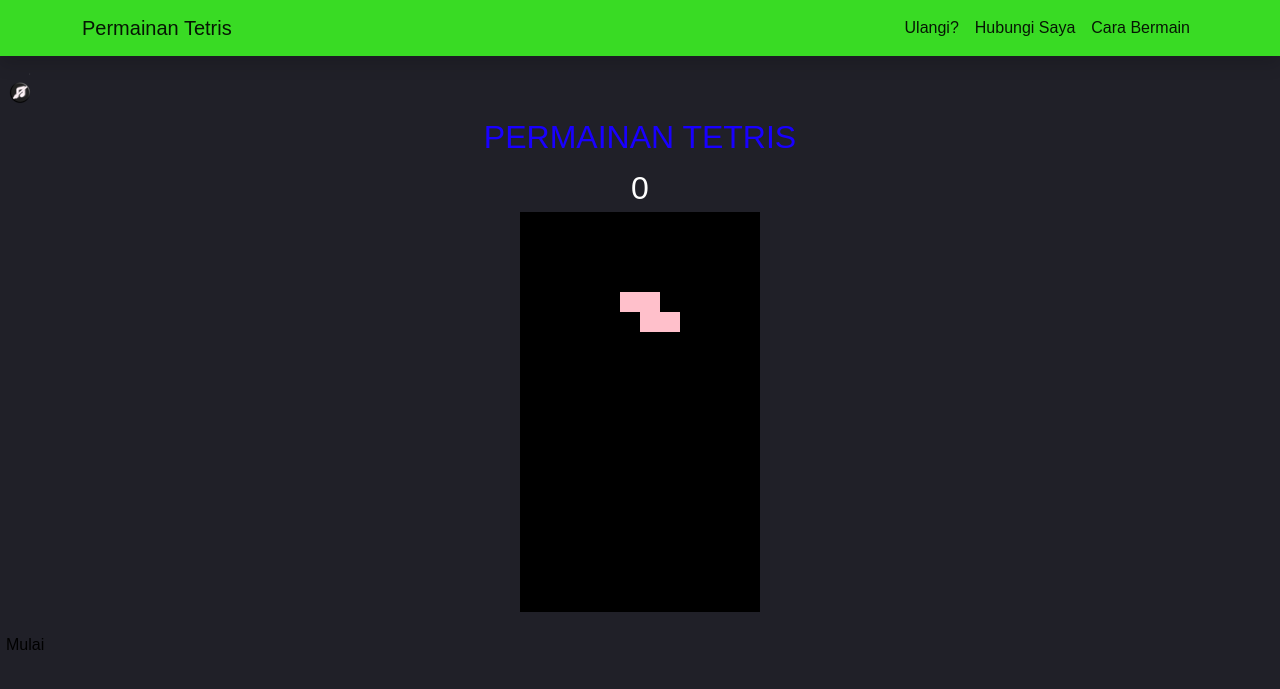
Repository: GwendiWisnuAnggoro/GwendiWisnuAnggoro.github.io
Page: Bahasa Indonesia/game/Tetris/tetris.html
The author's editor kept a copy of each file at every save. The page is drawn from the files as they stood at one save, then again after the next save.
The browser window is 1280 px wide. The pictures show the whole page.

Above is the page before, as saved 2023-02-07 17:38:06.

### Bahasa Indonesia/game/Tetris/tetris.html
<!DOCTYPE html>
<html lang="en">
<head>
    <meta charset="UTF-8">
    <link href="https://cdn.jsdelivr.net/npm/bootstrap@5.1.3/dist/css/bootstrap.min.css" rel="stylesheet" integrity="sha384-1BmE4kWBq78iYhFldvKuhfTAU6auU8tT94WrHftjDbrCEXSU1oBoqyl2QvZ6jIW3" crossorigin="anonymous">
    <meta http-equiv="X-UA-Compatible" content="IE=edge">
    <meta name="viewport" content="width=device-width, initial-scale=1.0">
    <title>Permainan Tetris</title>
</head>
<body>
    <!-- akhir navbar -->
  <nav class="navbar navbar-expand-lg navbar-light shadow fixed-top" style="background-color: rgb(57, 219, 36);">
    <div class="container-sm">
      <span class="navbar-brand" href="#">Permainan Tetris</span>
      <button class="navbar-toggler" type="button" data-bs-toggle="collapse" data-bs-target="#navbarNav" aria-controls="navbarNav" aria-expanded="false" aria-label="Toggle navigation">
        <span class="navbar-toggler-icon"></span>
      </button>
      <div class="collapse navbar-collapse" id="navbarNav">
        <ul class="navbar-nav ms-auto">
          <li class="nav-item">
            <a class="nav-link active" aria-current="page" href="../Tetris/tetris.html">Ulangi?</a>
          </li>
          <li class="nav-item">
            <a class="nav-link active" href="../../../contact me/ContactMe.html">Hubungi Saya</a>
          </li>
          <li class="nav-item">
            <a class="nav-link active" href="../Tutorials/Tetris/TutorTetris.html">Cara Bermain</a>
            </li>
        </ul>
      </div>
    </div>
  </nav>
<!-- akhir navbar -->
<br>
<br>
<br>
     <!-- awal toogle music -->
     <button id="play"></button>
     <!-- akhir toogle music -->


    <center>
    <link rel="stylesheet" type="text/css" href="tetris.css">
    <div class="pembungkus">
    <h2>PERMAINAN TETRIS</h2>
    <div id="score"></div>
    <canvas id="tetris" width="240" height="400"></canvas>
</div>
</center>

<div class="bungkus">
  <button type="button" onclick="" class="btn btn12" id="tmblAtas" >
  <img class="simbol" src="Munggah.png" />
  </button>
  <button type="button" onclick="" class="btn btn13" id="tmblBawah">
  <img class="simbol" src="Midun.png"/>
  </button>
  <button type="button" onclick="" class="btn2 btn14" id="tmblKiri">
  <img class="simbol" src="Ngiwa.png"/>
  </button>
  <button type="button" onclick="" class="btn4 btn15" id="tmblKanan">
  <img class="simbol" src="Nengen.png"/>
  </button>
</div>
 <button type="button" id="Mulai">Mulai</button>
    <script src="tetris.js"></script>
    <script src="https://cdn.jsdelivr.net/npm/bootstrap@5.1.3/dist/js/bootstrap.bundle.min.js" integrity="sha384-ka7Sk0Gln4gmtz2MlQnikT1wXgYsOg+OMhuP+IlRH9sENBO0LRn5q+8nbTov4+1p" crossorigin="anonymous"></script>
</body>
</html>

### Bahasa Indonesia/game/Tetris/tetris.css
h2 {
    font-family: arial;
    text-align: center;
    color: rgb(25, 0, 255);
}
.simbol{
	width: 100%;
	height: 100%;
}
.btn12{
	margin-top: -100px;
	margin-left: 250px;
}
.btn13{
	margin-top: 110px;
	margin-left: 50px;
}
.btn14{
	margin-left: -150px;

}

.btn{

	width: 85px;
	height: 85px;

}
.bungkus{
	position: fixed;
	margin-top: -250px;
	margin-left: 10%;
	opacity: 0.5;
}

.btn2,.btn4{
	background: rgba(0, 0, 0, 0);
	width: 85px;
	height: 85px;



}
body {
    background: #202028;
    color: white;
    font-family: sans-serif;
}


button {
	border: none;
	width: 40px;
	height: 40px;
	cursor: pointer;
	background-color: #202028;
	outline: none;
}




#play{
	background-image: url("../../img/StopSong.png");
}


.pembungkus{
    font-size: 2em;
    align-items: center;
}

/* tablet */
@media screen and (min-width: 768px){


}

/* destop */
@media screen and (min-width: 800px){
	.bungkus{
		display: none;
	}
}

### Bahasa Indonesia/game/Tetris/tetris.js
const canvas = document.getElementById('tetris');
const context = canvas.getContext('2d');
var tombolAtas = document.getElementById("tmblAtas");
var tombolBawah = document.getElementById("tmblBawah");
var tombolKiri = document.getElementById("tmblKiri");
var tombolKanan = document.getElementById("tmblKanan");

let Muter = new Audio();
Muter.src="Backsound Muter.mp3";

let KiriKananBawah = new Audio();
KiriKananBawah.src="Kiri Kanan Backsound.mp3"

let LarikHilang = new Audio();
LarikHilang.src="1 Larik Hilang.mp3"

context.scale(20, 20);

function arenaSweep() {
    let rowCount = 1;
    outer: for (let y = arena.length - 1; y > 0; -- y) {
        for (let x = 0; x < arena[y].length; ++x) {
            if (arena [y][x] === 0) {
                continue outer;
            }
        }

        const row = arena.splice(y, 1)[0].fill(0);
        arena.unshift(row);
        ++y;

        player.score += rowCount * 10;
        rowCount *= 2;
        LarikHilang.play();
    }
}


function collide(arena, player) {
    const [m, o] = [player.matrix, player.pos];
    for (let y = 0; y < m.length; ++y) {
        for (let x = 0; x < m[y].length; ++x) {
            if (m[y][x] !== 0 &&
                (arena[y + o.y] &&
                arena[y + o.y][x + o.x]) !== 0) {
                return true;
            }
        }
    }
    return false;
}

function creatMatrix(w, h) {
    const matrix = [];
    while (h--) {
        matrix.push(new Array(w).fill(0));
    }
    return matrix;
}

function createPiece(type) {
    if (type === 'T') {
        return [
            [0, 0, 0],
            [1, 1, 1],
            [0, 1, 0],
        ];
    } else if (type === 'O') {
        return [
            [2, 2],
            [2, 2],
        ];
    } else if (type === 'L') {
        return [
            [0, 3, 0],
            [0, 3, 0],
            [0, 3, 3],
        ];
    } else if (type === 'J') {
        return [
            [0, 4, 0],
            [0, 4, 0],
            [4, 4, 0],
        ];
    } else if (type === 'I') {
        return [
            [0, 5, 0, 0],
            [0, 5, 0, 0],
            [0, 5, 0, 0],
            [0, 5, 0, 0],
        ];
    } else if (type === 'S') {
        return [
            [0, 6, 6],
            [6, 6, 0],
            [0, 0, 0],
        ];
    } else if (type === 'Z') {
        return [
            [7, 7, 0],
            [0, 7, 7],
            [0, 0, 0],
        ];

    }

}

function draw() {
    context.fillStyle = '#000';
    context.fillRect(0, 0, canvas.width, canvas.height);

    drawMatrix(arena, {x: 0,y: 0});
    drawMatrix(player.matrix, player.pos);
}

function drawMatrix(matrix, offset) {
    matrix.forEach((row, y) => {
        row.forEach((value, x) => {
            if (value !== 0) {
                context.fillStyle = colors[value];
                context.fillRect(x + offset.x,
                                 y + offset.y,
                                 1, 1);
            }
        });
    });
}

function merge(arena, player) {
    player.matrix.forEach((row, y) => {
        row.forEach((value, x) => {
            if(value !== 0) {
                arena[y + player.pos.y][x + player.pos.x] = value;
            }
        });
    });
}

function playerDrop() {
    player.pos.y++;
    if (collide(arena, player)) {
        player.pos.y--;
        merge(arena, player);
        playerReset();
        arenaSweep();
        updateScore();

    }
    dropCounter = 0;
}

function GameOver(){
    console.log("Kalah")
    return playerDrop = function(){}

}

function playerMove(dir) {
    player.pos.x += dir;
    if (collide(arena, player)) {
        player.pos.x -= dir;
    }
}

function playerReset() {

    const pieces = 'TOLJISZ';
    player.matrix = createPiece(pieces[pieces.length * Math.random() | 0]);
    player.pos.y = 0;
    player.pos.x = (arena[0].length / 2 | 0) -
                   (player.matrix[0].length / 2 | 0);
    if (collide(arena, player)) {
        // arena.forEach(row => row.fill(0));
        player.score = 0;
        // updateScore();
        GameOver();

    }
}

function playerRotate(dir) {
    const pos = player.pos.x;
    let offset = 1;
    rotate(player.matrix, dir);
    while (collide(arena, player)) {
        player.pos.x += offset;
        offset =- (offset + (offset > 0 ? 1 : -1));
        if (offset > player.matrix[0].length) {
            rotate(player.matrix, dir);
            player.pos.x = pos;
            return;
        }
    }
}

function rotate(matrix, dir) {
    for (let y = 0; y < matrix.length; ++y) {
        for (let x = 0; x < y; ++x) {
            [
                matrix[x][y],
                matrix[y][x],
            ] = [
                matrix[y][x],
                matrix[x][y],
            ];
        }
    }

    if (dir > 0) {
        matrix.forEach(row => row.reverse());
    } else {
        matrix.reverse();
    }
}

let dropCounter = 0;
let dropInterval = 1000;

let lastTime = 0;
function update(time = 0) {
    const deltaTime = time - lastTime;
    lastTime = time;

    dropCounter += deltaTime;
    if (dropCounter > dropInterval) {
        playerDrop();
    }

    draw();
    requestAnimationFrame(update);
}

function updateScore() {
    document.getElementById('score').innerText = player.score;
}

const colors = [
    null,
    'red',
    'blue',
    'violet',
    'lime',
    '#ffff00',
    'orange',
    'pink',
];

const arena = creatMatrix(12, 20);

const player = {
    pos: {x: 0, y: 0},
    matrix: null,
    score: 0,
}
tombolKanan.addEventListener("click", fKanan);
tombolKiri.addEventListener("click", fKiri);
tombolAtas.addEventListener("click", fAtas);
tombolBawah.addEventListener("click", fBawah);

function fKanan(){
    if(event) {
        playerMove(1);
        KiriKananBawah.play();


    }
}
function fKiri(){
    if(event) {
        playerMove(-1);
        KiriKananBawah.play();
    }
}
function fAtas(){

    if(event) {
        playerRotate(-1);
        Muter.play();
    }

}
function fBawah(){
    if(event) {
        playerDrop(); KiriKananBawah.play();


    }
}
document.addEventListener('keydown', event => {
    if (event.keyCode === 37 || event.keyCode === 65) {
        playerMove(-1); KiriKananBawah.play();
    } else if (event.keyCode === 39 || event.keyCode == 68) {
        playerMove(1); KiriKananBawah.play();
    } else if (event.keyCode === 40 || event.keyCode == 83) {
        playerDrop(); KiriKananBawah.play();
    } else if (event.keyCode === 81) {
        playerRotate(-1); Muter.play();
    } else if (event.keyCode === 32) {
        playerRotate(1); Muter.play();
    }
});


document.getElementById("Mulai").addEventListener("click", ()=>{
})
playerReset();
updateScore();
update();



// musik program
var musik = new Audio();
musik.src="Tetris Backsound.mp3"
musik.loop=true;
musik.pause();

    function mulaiAudio(){
        var play=document.getElementById('play');

        play.addEventListener('click',fplay);

        function fplay(){
            if(musik.paused){
                musik.play();
                play.style.background="url(../../img/PlaySong.png)";
            }else{
                musik.pause();
                play.style.background="url(../../img/StopSong.png)";
            }
        }
    }

window.addEventListener('load', mulaiAudio)

After the next save:
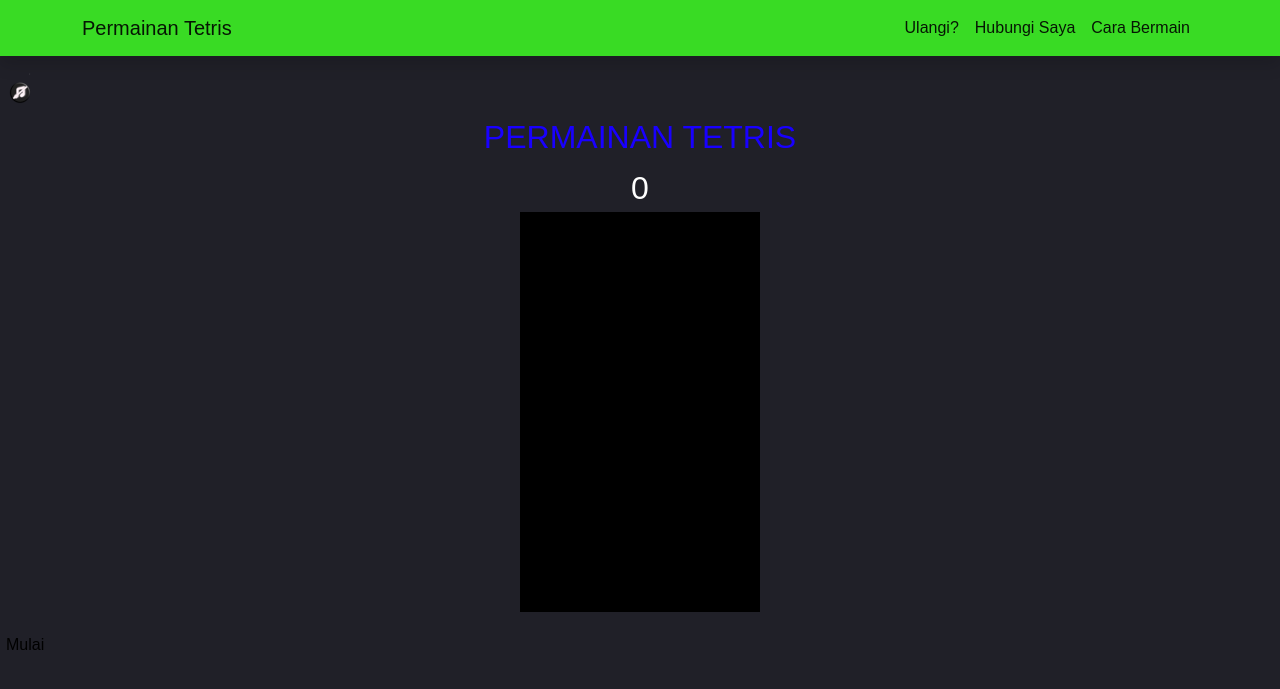
Console error: TypeError: Cannot read properties of null (reading 'forEach')
Saved 7 s later.
--- a/Bahasa Indonesia/game/Tetris/tetris.js
+++ b/Bahasa Indonesia/game/Tetris/tetris.js
@@ -303,8 +303,8 @@
 
 
 document.getElementById("Mulai").addEventListener("click", ()=>{
+    playerReset();
 })
-playerReset();
 updateScore();
 update();
 

After the save that followed:
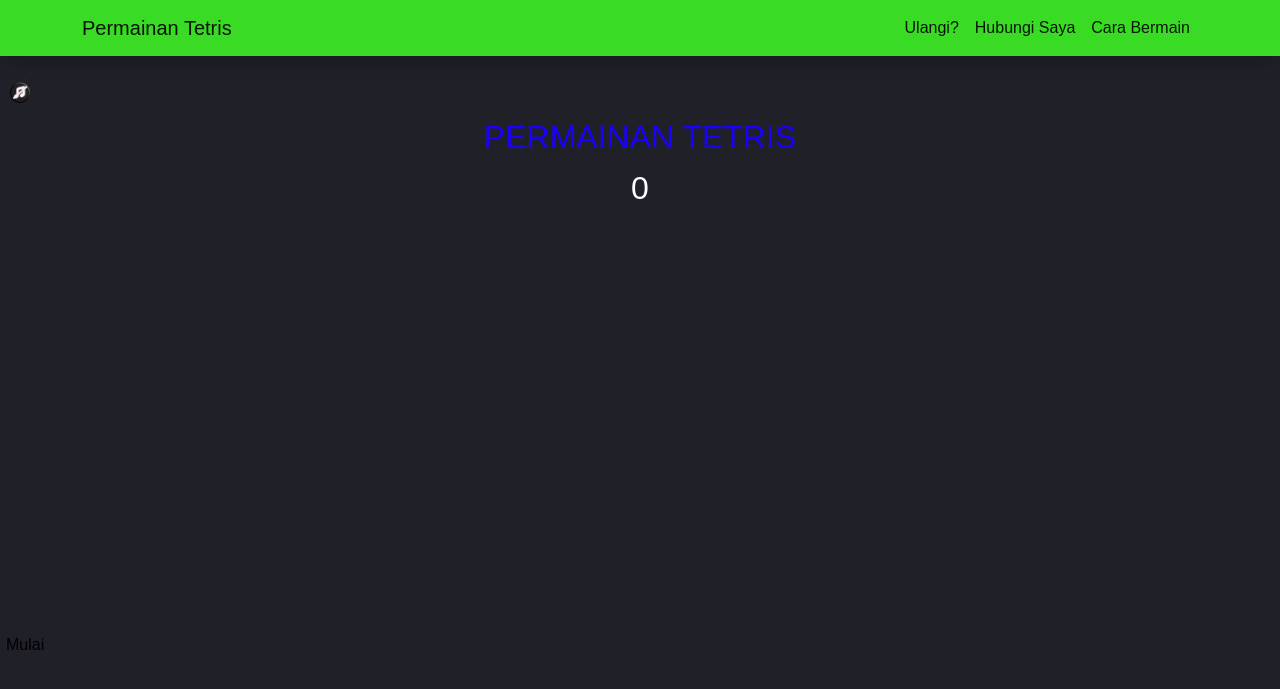
The error is gone.
Saved 25 s later.
--- a/Bahasa Indonesia/game/Tetris/tetris.js
+++ b/Bahasa Indonesia/game/Tetris/tetris.js
@@ -304,9 +304,9 @@
 
 document.getElementById("Mulai").addEventListener("click", ()=>{
     playerReset();
+    update();
 })
 updateScore();
-update();
 
 
 
